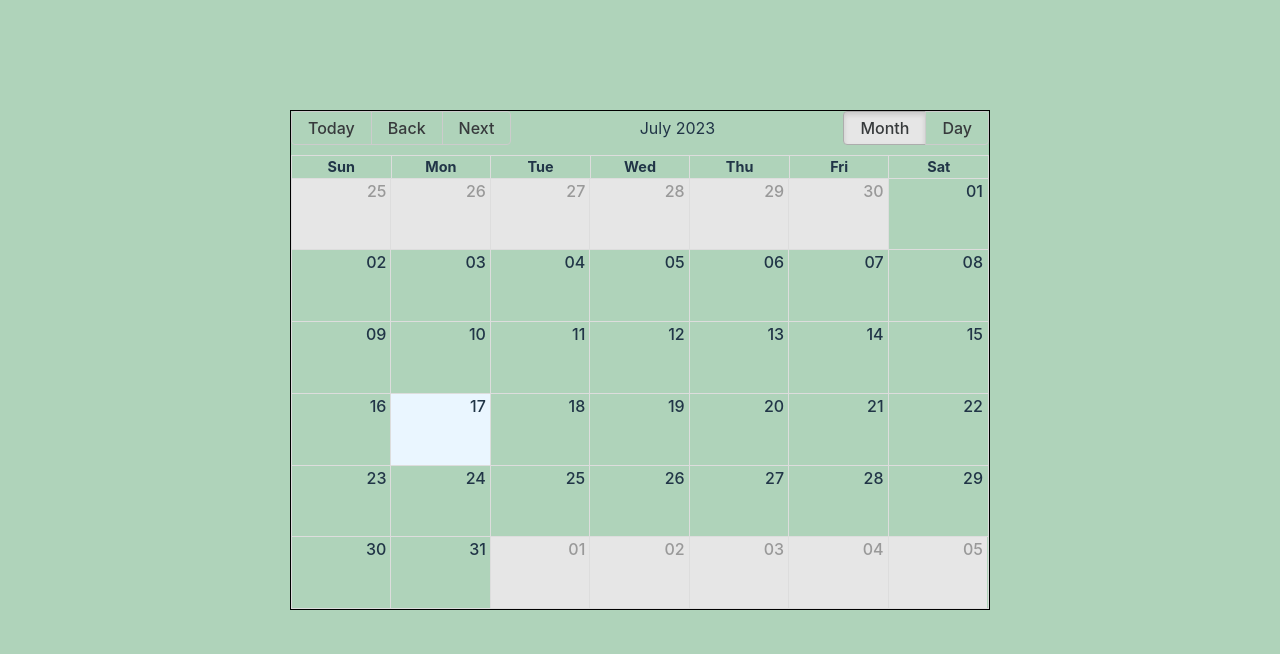
Repository: TetianaMishatkina/Calories-diary
Page: /
These files come from the project's save history. The page is drawn as it stood at one moment and after the next save; the edit follows.
The browser window is 1280 px wide. The pictures show the whole page.
The project was rebuilt for these pictures with package versions that can differ from the ones it lists, and the page was loaded fresh each time. Also part of the build but not shown: vite.config.js, src/components/informationForm/styled.js, src/components/informationForm/index.jsx.

Above is the page before, as saved 2023-07-18 16:57:31.

After the next save:
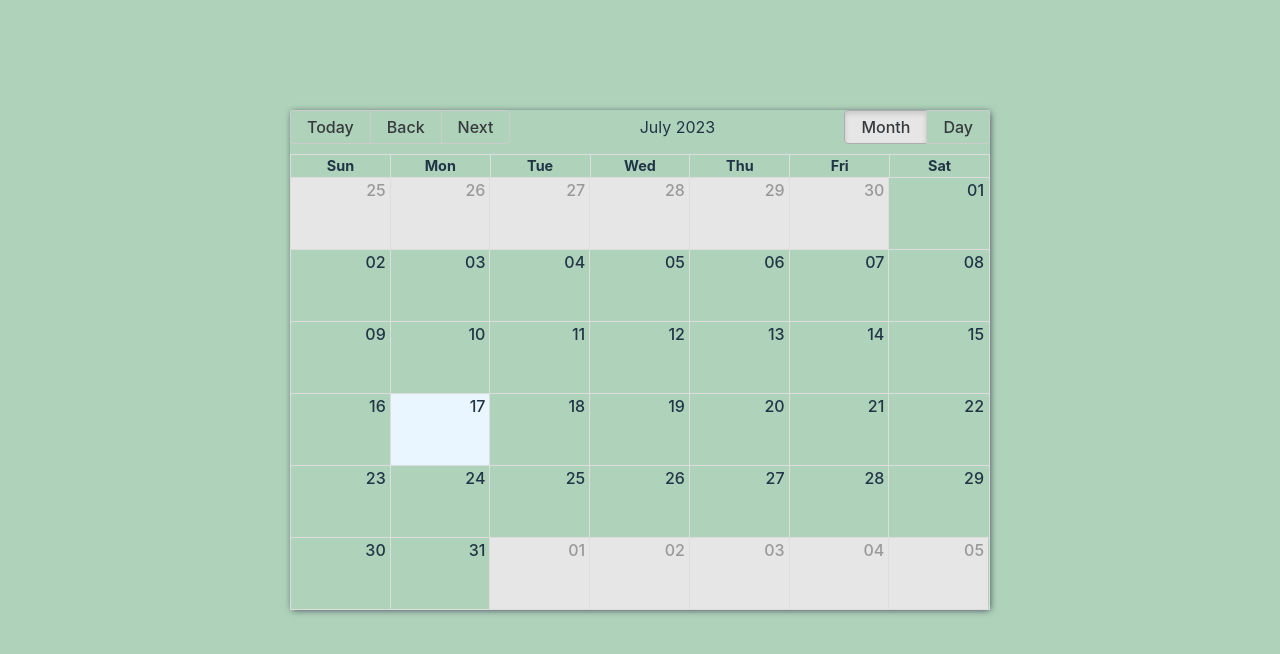
Saved 94 s later.
--- a/src/components/calendar/styled.js
+++ b/src/components/calendar/styled.js
@@ -4,7 +4,7 @@ import { Modal } from "@material-ui/core";
 
 export const StyledCalendar = styled(Calendar)`
 cursor: pointer;
-border:1px solid black;
+box-shadow: 1px 1px 7px -1px rgba(66, 68, 90, 1);
 `
 
 export const StyledModal = styled(Modal)`
